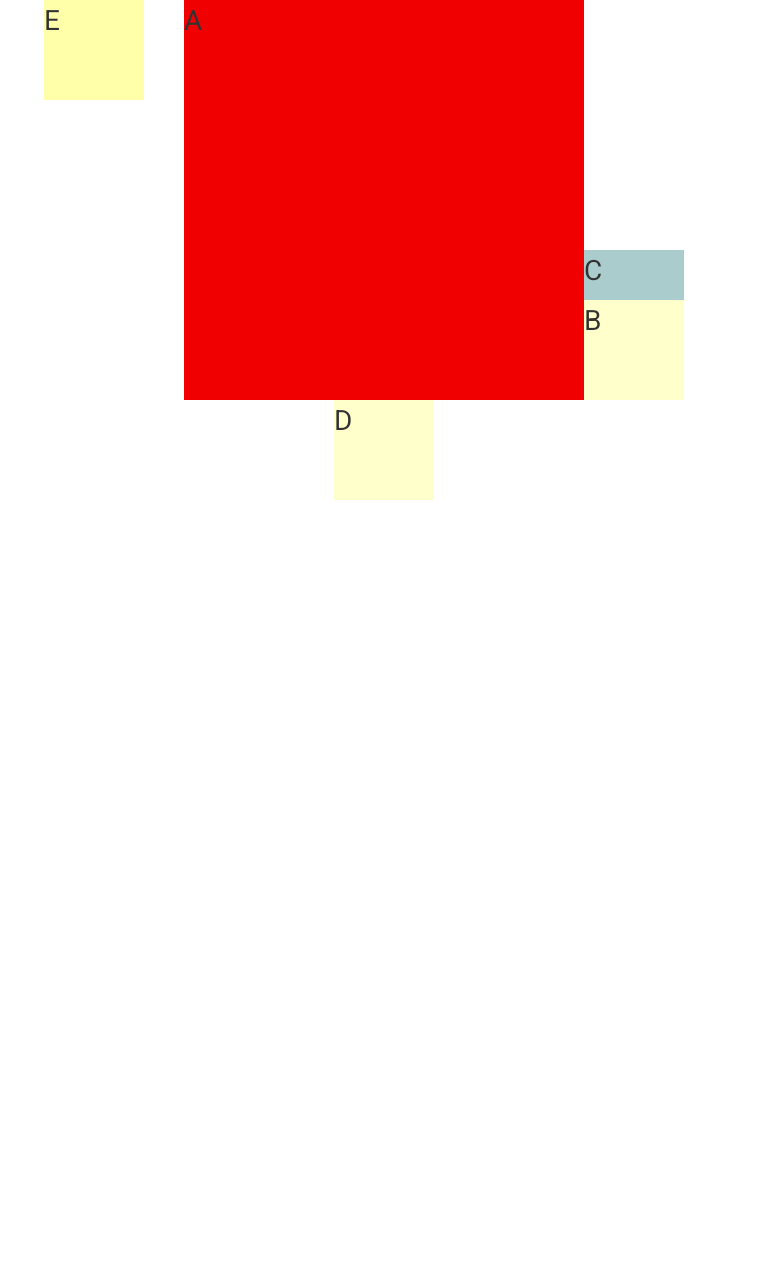
Repository: ablanchard/formation-android
Layout: Bonus/res/layout/fragment_main.xml
The author's editor kept a copy of each file at every save. The layout is drawn from the files as they stood at one save, then again after the next save.
It is drawn on a 768 x 1280 px phone screen (xhdpi) without system bars, with theme AppTheme; the app's code is not run.

Above is the layout before, as saved 2014-04-29 10:10:31.

After the next save:
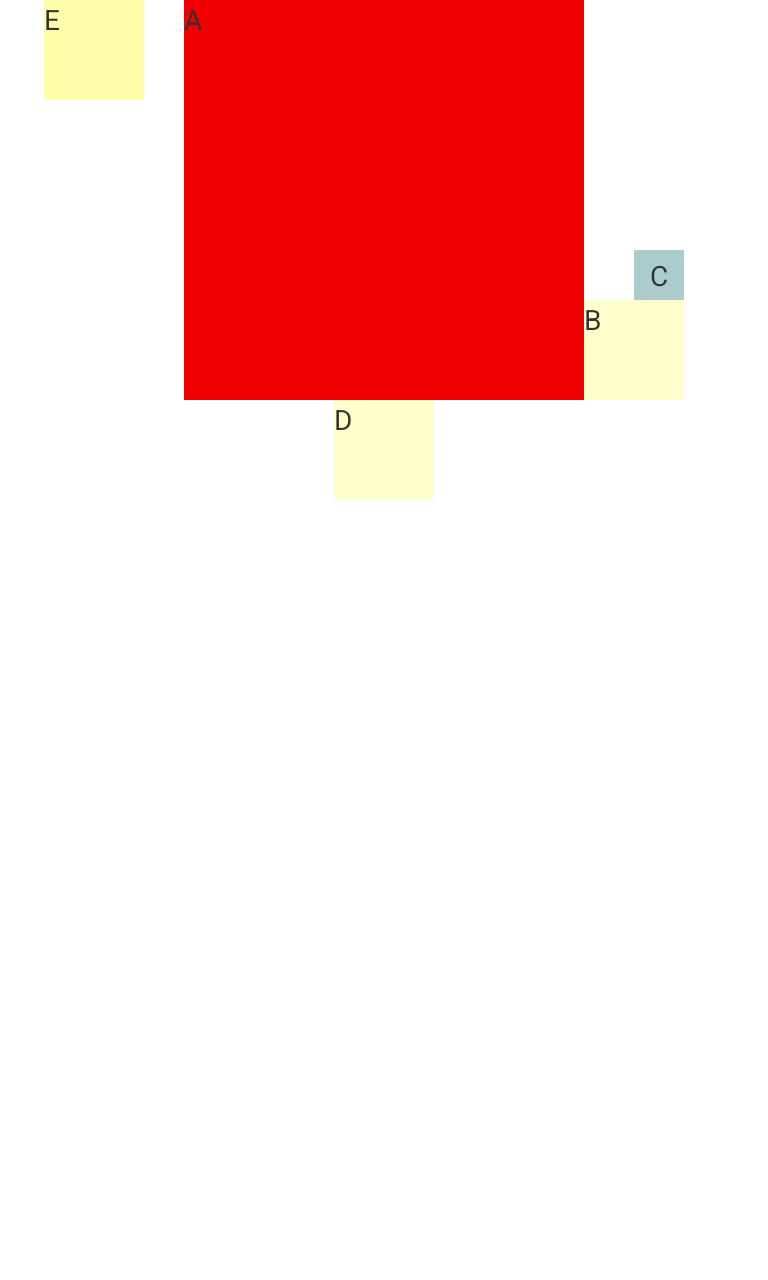
Saved 18 s later.
--- a/Bonus/res/layout/fragment_main.xml
+++ b/Bonus/res/layout/fragment_main.xml
@@ -45,11 +45,11 @@
         android:layout_width="25dp"
         android:layout_height="25dp"
         android:text="C"
+        android:gravity="center"
         android:id="@+id/C"
         android:background="#FFAACCCC"
         android:layout_above="@+id/B"
-        android:layout_alignRight="@+id/B"
-        android:layout_alignLeft="@+id/B"/>
+        android:layout_alignRight="@+id/B"/>
 
 
 </RelativeLayout>
